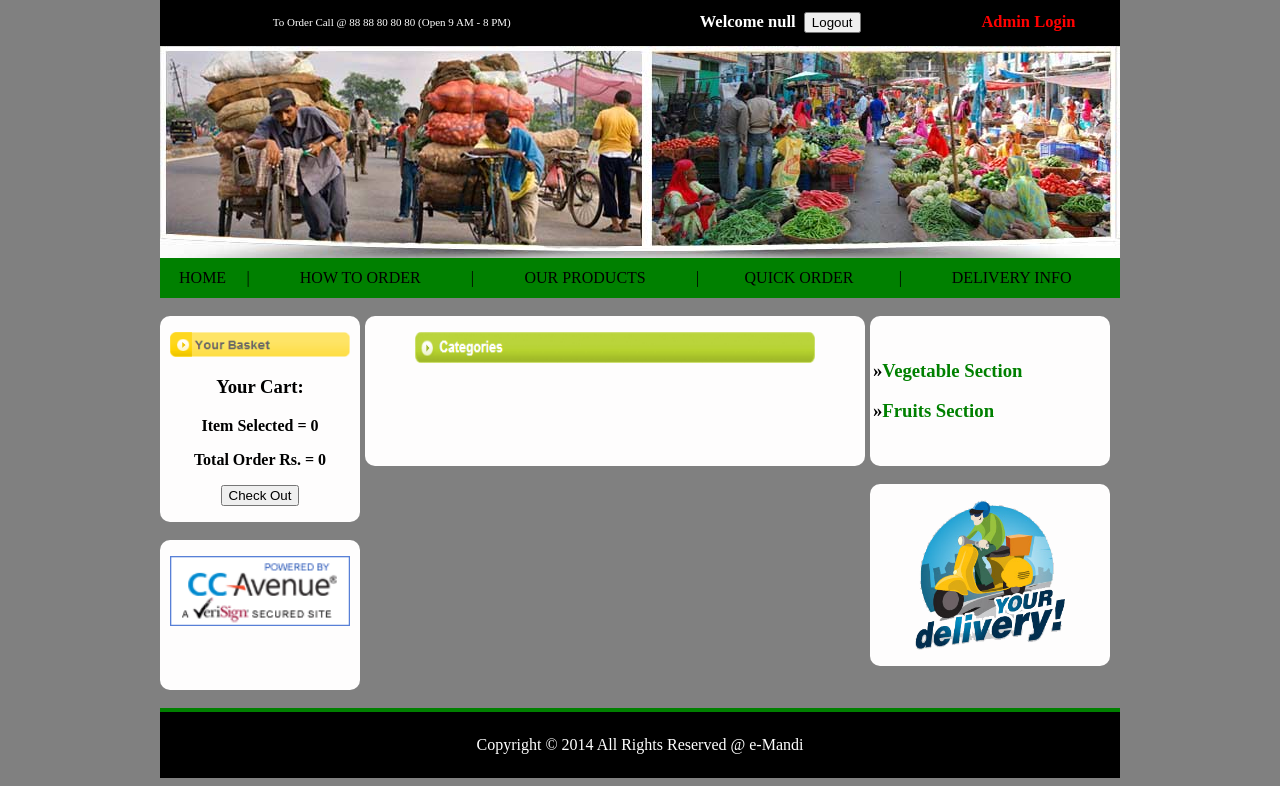
Repository: aashi12/e_mandi
Page: http://localhost/e_mandi/vegitable.jsp
An editor plug-in stored every save of this project. The page is shown before and after the next save, followed by the edit.
The browser window is 1280 px wide. The pictures show the whole page.
The page is served by Tomcat 9. Queries for data that is not in the repository find no rows.

Above is the page before, as saved 2014-04-13 09:39:05.

After the next save:
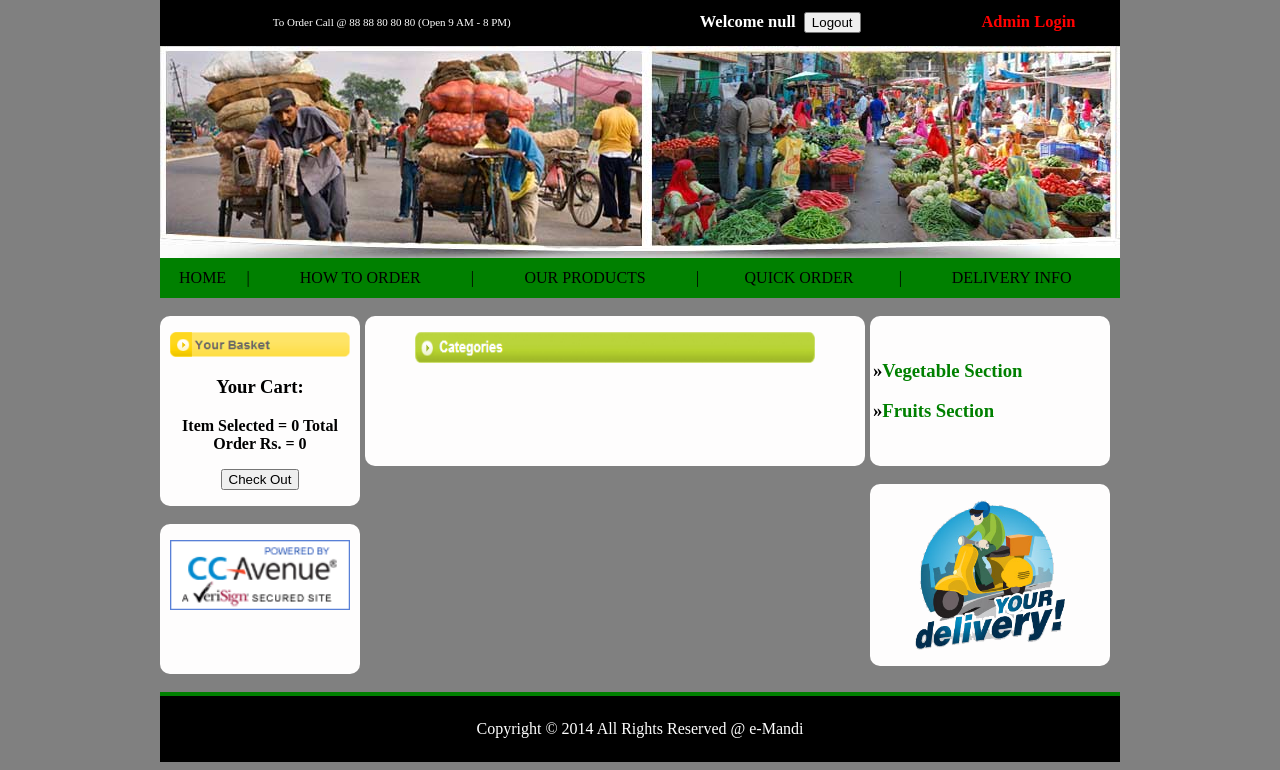
Saved 6 s later.
--- a/e_mandi/WebContent/vegitable.jsp
+++ b/e_mandi/WebContent/vegitable.jsp
@@ -98,7 +98,7 @@
 
 	 }
 
-%> <%= a.intValue() %></p>
+%> <%= a.intValue() %>
 Total Order Rs. = <%   Integer amu=(Integer)session.getAttribute("amount");
 if(amu==null)
 	 {

After the 5 saves that followed:
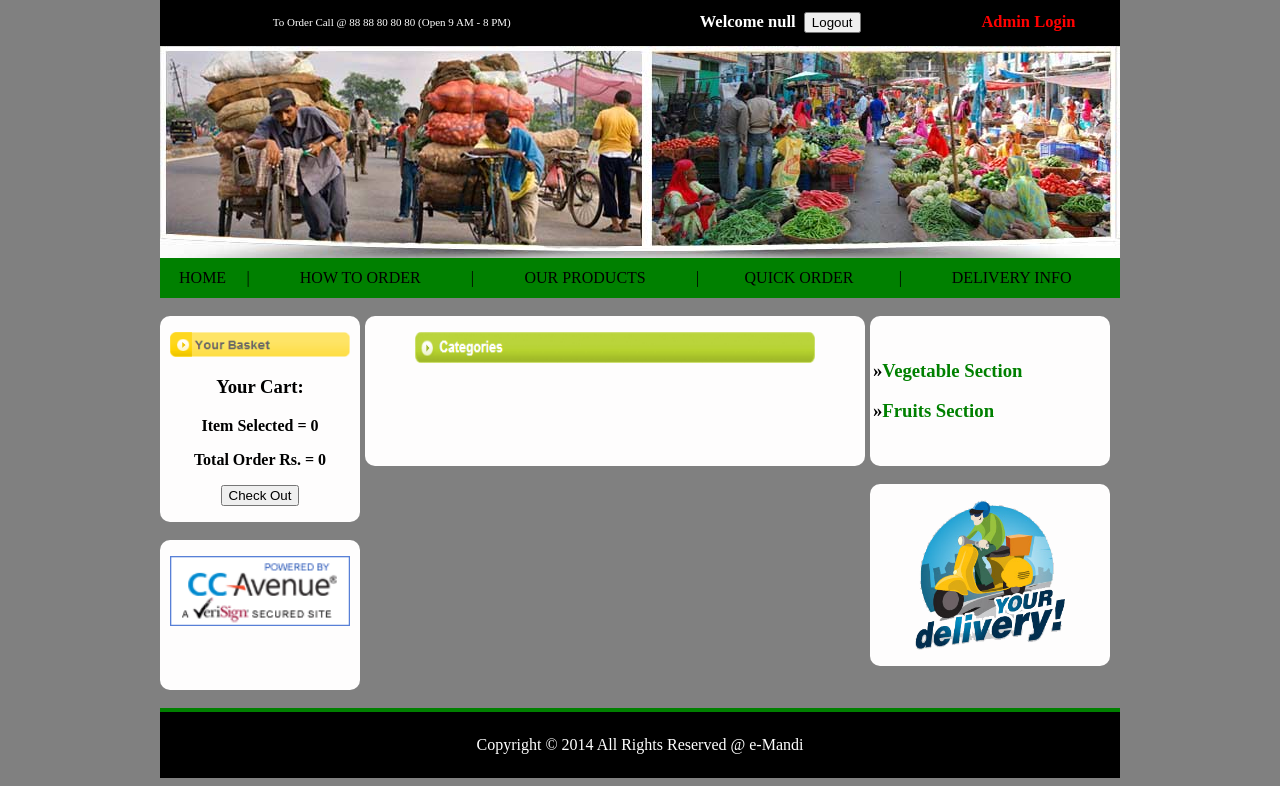
The 5 saves are shown as one change because 4 left the picture as it was.
The last was saved 117 s later.
--- a/e_mandi/WebContent/vegitable.jsp
+++ b/e_mandi/WebContent/vegitable.jsp
@@ -56,7 +56,7 @@
 <%
 String usd =(String)session.getAttribute("user");
 out.print("<h2>Welcome "+usd); %>&nbsp;
-<a href="Logout1"><input type="button" value="Logout"></a></h2> </td>
+<a href="Logout1"><input type="button" value="Logout"></a> </td>
 <td align="center"><h2 class="admin"><a href="#">Admin Login</a></h2></td>
 </tr></table>
 </td>
@@ -90,7 +90,7 @@
 <td align="center" valign="top">
 <p><img src="images/basket.png" width="180"/></p>
 <h3 class="bask"><b>Your Cart:</b></h3>
-<strong>
+<strong><p>
 Item Selected = <% Integer a=(Integer)session.getAttribute("count");
 if(a==null)
 	 {
@@ -98,8 +98,8 @@
 
 	 }
 
-%> <%= a.intValue() %>
-Total Order Rs. = <%   Integer amu=(Integer)session.getAttribute("amount");
+%> <%= a.intValue() %></p>
+<p>Total Order Rs. = <%   Integer amu=(Integer)session.getAttribute("amount");
 if(amu==null)
 	 {
 		 amu=new Integer(0);
@@ -107,7 +107,7 @@
 	 }
 %>
 <%= amu %>
-</strong>
+</p></strong>
 <p><input type="button" value="Check Out"></p>
 </td>
 </tr>
